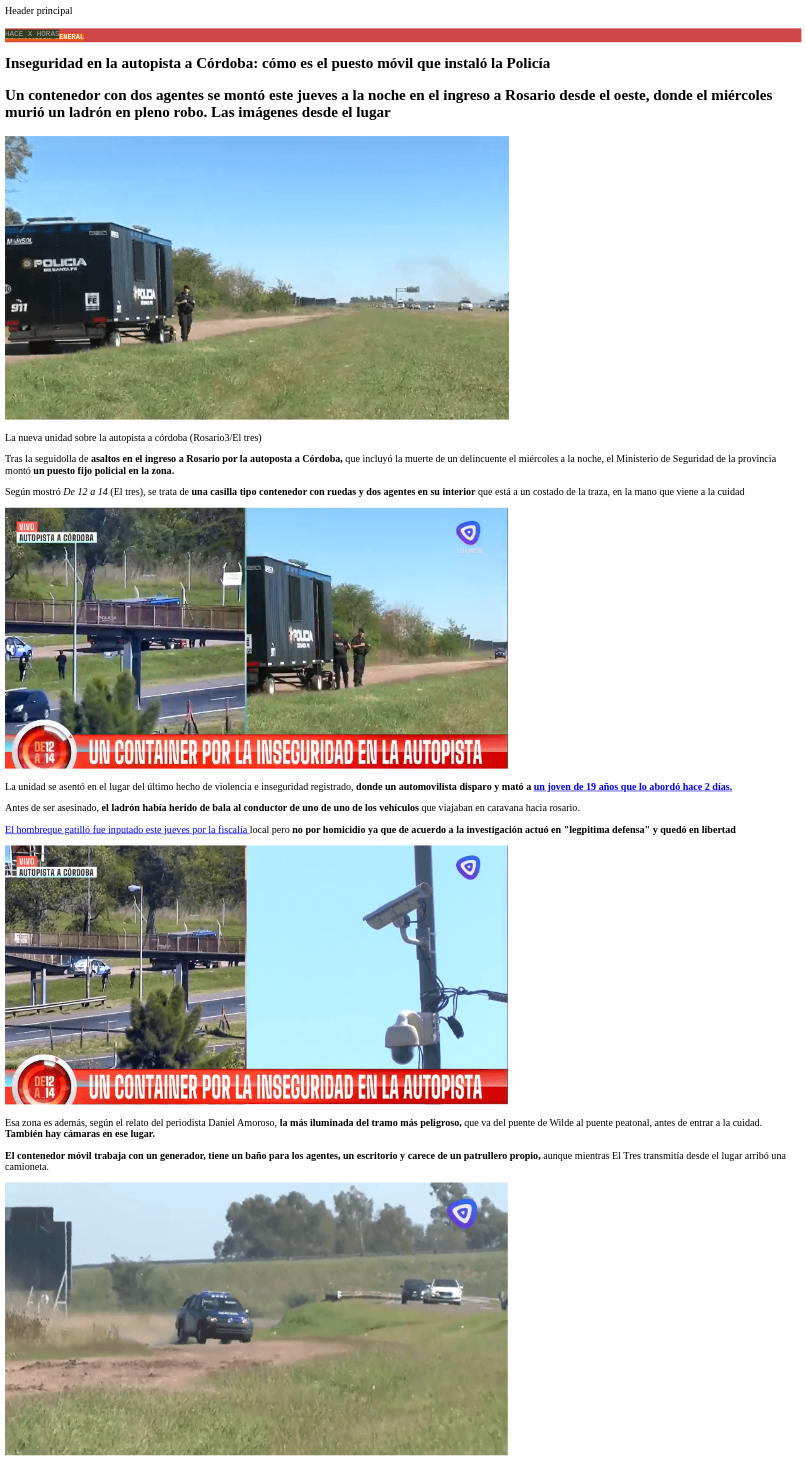
Repository: Larrowo/LPPA
Page: Clase 2/index.html
An editor plug-in stored every save of this project. The page is shown before and after the next save, followed by the edit.
The browser window is 1280 px wide. The pictures show the whole page, at 63% of full size.

Above is the page before, as saved 2022-04-16 16:55:29.

After the next save:
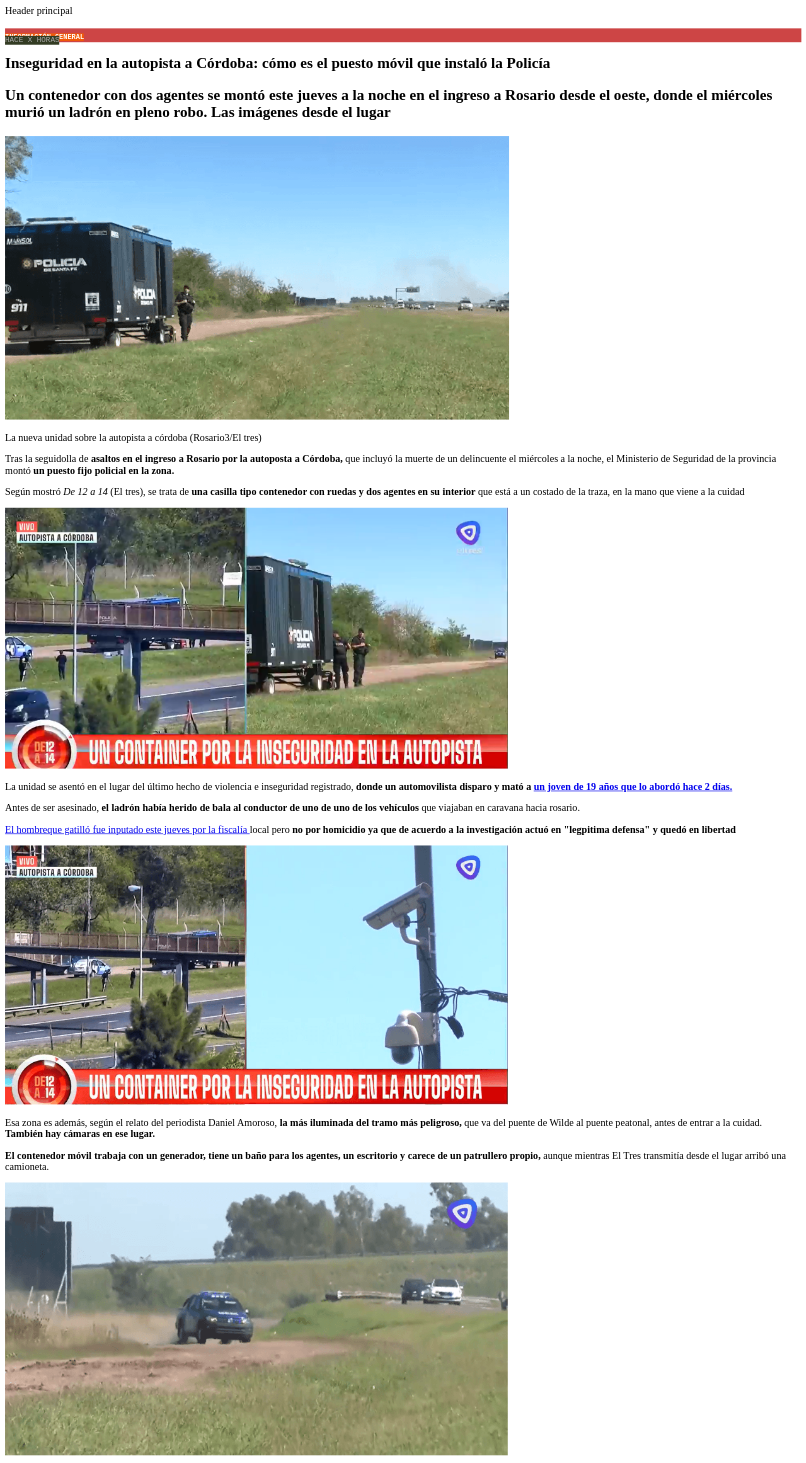
Saved 8 s later.
--- a/Clase 2/style.css
+++ b/Clase 2/style.css
@@ -4,7 +4,7 @@
    text-transform: uppercase;
    font-size: 12px;
    position: absolute;
-   top: -10px;
+   top: 0;
    background-color: #333c23
 }
 
